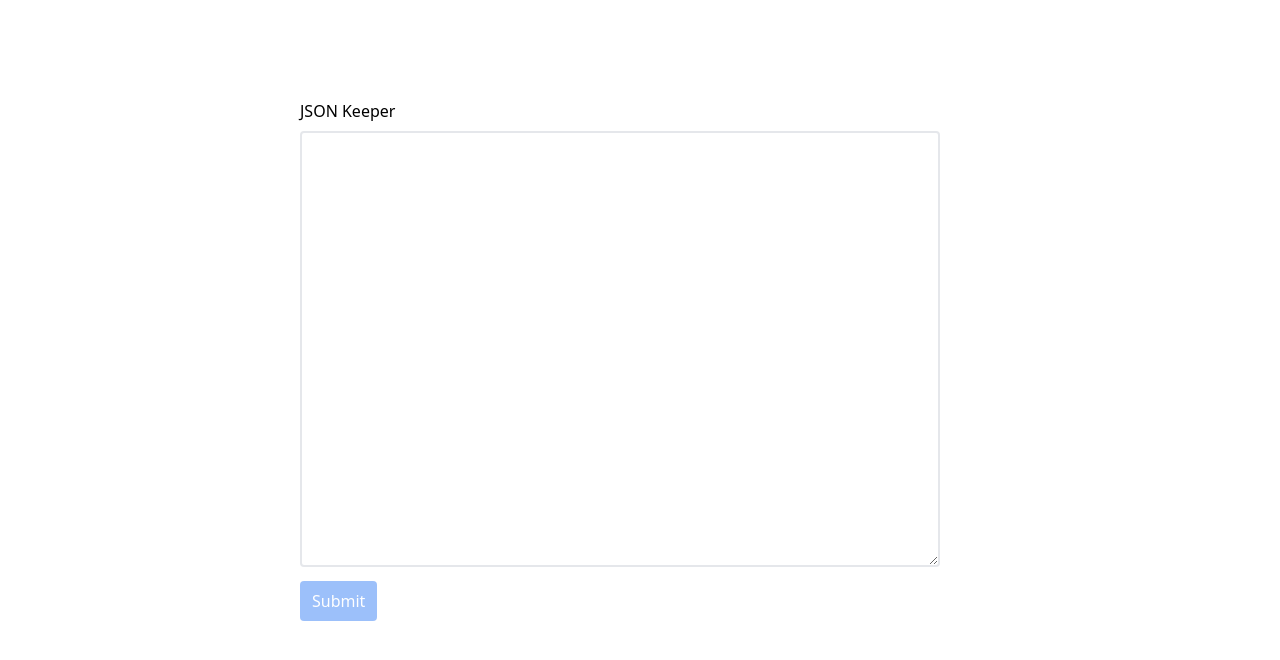
Repository: lakshithapramodya/jsonhub
Page: / (app in client/)
The author's editor kept a copy of each file at every save. The page is drawn from the files as they stood at one save, then again after the next save.
The browser window is 1280 px wide. The pictures show the whole page.
The page's requests for data from a server got no answer. The project was rebuilt for these pictures with package versions that can differ from the ones it lists, and the page was loaded fresh each time. No one was signed in, and anything a server would have sent is missing. Also part of the build but not shown: client/src/HandleJsonData.js.

Above is the page before, as saved 2023-05-10 12:13:58.

After the next save:
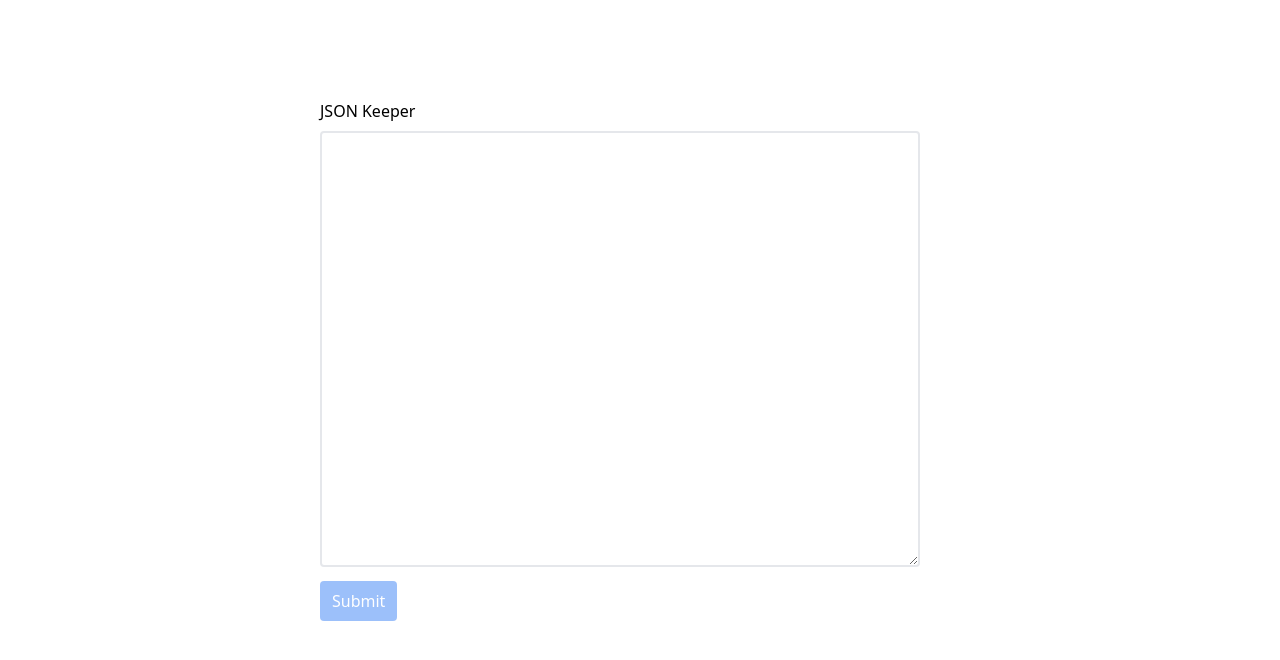
Saved 5 s later.
--- a/client/src/App.js
+++ b/client/src/App.js
@@ -41,7 +41,7 @@ function App() {
         <a href={`${SERVER_ENDPOINT}/${url}`}>{`${SERVER_ENDPOINT}/${url}`}</a>
       )}
       <div className="flex flex-col m-auto w-full md:w-1/2 items-center justify-center">
-        <form onSubmit={handleSubmit} className="w-full space-y-2 mr-10">
+        <form onSubmit={handleSubmit} className="w-full space-y-2 pr-10">
           <h1 className="">JSON Keeper</h1>
           <textarea
             onChange={(e) => setInput(e.target.value)}
